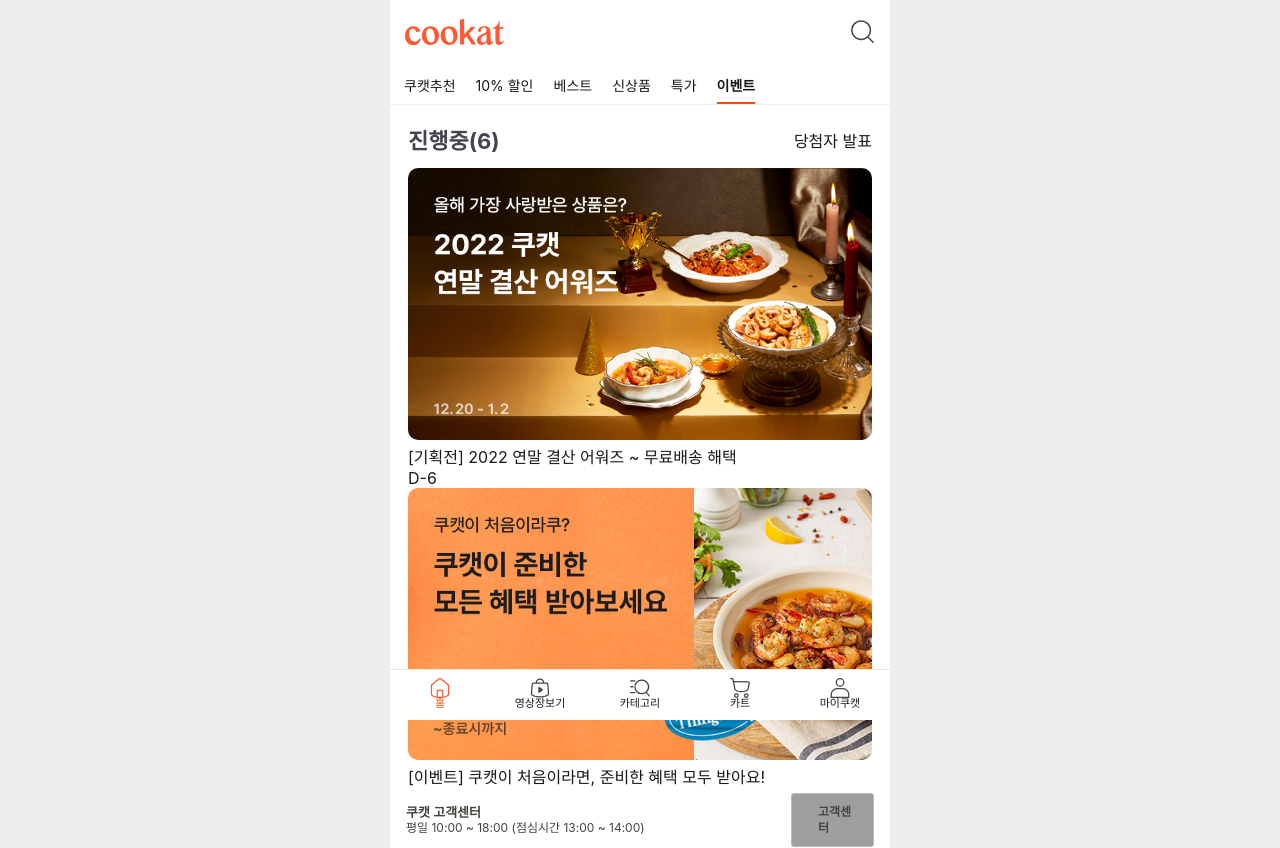
Repository: CooKat/Cookat
Page: event.html
These files come from the project's save history. The page is drawn as it stood at one moment and after the next save; the edit follows.
The browser window is 1280 px wide. The pictures show the part of the page from y = 0 to 848 px (the page is 1637 px tall before and 1645 px after).
Pictures or frames that could not be fetched are drawn as grey boxes. A picture or video elsewhere on the page could not be fetched, so the positions and the page height are approximate. Some web fonts or font styles are not loaded; a fallback is used.

Above is the page before, as saved 2022-12-27 20:47:26.
Not found: js/ex1.js

### event.html
<!DOCTYPE html>
<html lang="ko-KR">
  <head>
    <meta charset="UTF-8" />
    <meta http-equiv="X-UA-Compatible" content="IE=edge" />
    <meta name="viewport" content="width=device-width, initial-scale=1.0" />
    <link rel="shortcut icon" type="image/x-icon" href="./images/1.png" />
    <link
      rel="stylesheet"
      as="style"
      crossorigin
      href="https://cdn.jsdelivr.net/gh/orioncactus/pretendard@v1.3.6/dist/web/static/pretendard.css"
    />
    <link
      href="https://cdn.jsdelivr.net/npm/remixicon@2.5.0/fonts/remixicon.css"
      rel="stylesheet"
    />
    <link rel="stylesheet" href="https://cdn.jsdelivr.net/npm/swiper/swiper-bundle.min.css" />
    <link rel="stylesheet" href="./css/main.css" />
    <link rel="stylesheet" href="./css/event.css" />
    <title>쿠캣</title>
  </head>
  <body>
    <div class="container">

      <!-- 상단 메뉴바 -->
      <header class="header">
        <a href="/" class="logo"><img src="./images/logo-main.svg" alt="쿠캣마켓" /></a>
        <div class="menu swiper">
          <ul class="swiper-wrapper" role="menubar" aria-hidden="false">
            <li role="none" class="swiper-slide">
              <a role="menuitem" href="/">쿠캣추천</a>
            </li>
            <li class="swiper-slide" role="none"><a role="menuitem" href="/">10% 할인</a></li>
            <li class="swiper-slide" role="none">
              <a role="menuitem" href="./best.html">베스트</a>
            </li>
            <li class="swiper-slide" role="none"><a role="menuitem" href="/">신상품</a></li>
            <li class="swiper-slide" role="none">
              <a role="menuitem" href="./specialPrice.html">특가</a>
            </li>
            <li class="swiper-slide  active" role="none"><a role="menuitem" href="/">이벤트</a></li>
          </ul>
        </div>
        <button type="button" class="search">
          <img src="./images/ic-24-finder.svg" alt="검색 아이콘" />
        </button>
      </header>

      <main class="main">
        <section class="event">
          <!-- 진행중(6) 당첨자 발표 -->
          <div class="event-ing">
            <h2 class="event-ing-title">진행중(6)</h2>
            <p>당첨자 발표</p>
          </div>

          <!-- 행사 아이템들 -->
          <div class="item-list">
            <div class="item-list-item">
              <img src="./images/event1.jpg">
              <h2 class="item-list-title">[기획전] 2022 연말 결산 어워즈 ~ 무료배송 해택</h2>
              <span class="coupon">D-6</span>
            </div>
          </div>

          <div class="item-list">
            <div class="item-list-item">
              <img src="./images/event2.jpg">
              <h2 class="item-list-title">[이벤트] 쿠캣이 처음이라면, 준비한 혜택 모두 받아요!</h2>
            </div>
          </div>

        </section>

      </main>

      <!-- footer -->
      <footer class="footer">
        <div class="center-info-container">
          <h2 class="center-info">쿠캣 고객센터</h2>
          <span class="time-info"
            >평일 <time>10:00</time> ~ <time>18:00</time> (점심시간 <time>13:00</time> ~
            <time>14:00</time>)</span
          >

          <a href="tel:1668-3525" class="center-contact"> 고객센터</a>
        </div>
        <div class="business-info-container">
          <div class="business-info-title-container">
            <h2 class="business-info">(주) 쿠캣 사업자 정보</h2>
            <button class="business-info-toggle-btn">
              <img
                alt="addit-toggle-img"
                src="	https://crcf.cookatmarket.com/assets/mobile/img/using_guide/ic-16-close-bold.svg"
              />
            </button>
          </div>

          <ul class="business-info-list">
            <li class="business-info-item">
              <label for="representative">대표자</label><span id="representative">이문주</span>
            </li>
            <li class="business-info-item">
              <label for="address">주소</label>
              <address id="address">
                서울특별시 강남구 영동대로112길 36, 3층, 지하 1층 (삼성동, 오티씨타워)
              </address>
            </li>
            <li class="business-info-item">
              <label
                for="
              business-number"
                >사업자등록번호</label
              ><span id=" business-number">
                110-86-12995
                <a class="business-info-check" href="/">사업자정보 확인</a></span
              >
            </li>
            <li class="business-info-item">
              <label for="mail-order-number">통신판매업 신고번호</label
              ><span
                id="
              mail-order-number"
                >2018-서울강남-01681</span
              >
            </li>
            <li class="business-info-item">
              <div class="center-info-flexcontent-container">
                <label
                  for="
              service-center"
                  >고객센터</label
                >
                <div class="center-info-content-container">
                  <a
                    id="service-center"
                    href="tel:1668-3525
              "
                    >1668-3525
                  </a>
                  <span id="service-center"
                    >평일 <time>10:00</time> ~ <time>18:00</time> (점심시간 <time>13:00</time> ~
                    <time>14:00</time>) 주말 <time>10:00</time> ~ <time>13:00</time></span
                  >
                </div>
              </div>
            </li>
            <li class="business-info-item">
              <label for="marketing-email">마케팅 제휴문의</label
              ><span id="marketing-email">marketing@cookat.co</span>
            </li>
            <li class="business-info-item">
              <label
                for="
              goods-email"
                >상품 제휴문의</label
              ><span id=" goods-email">
                <span>product@cookat.co<br /></span
              ></span>
            </li>
            <li class="business-info-item">
              <label for="person-in-charge">개인정보보호 책임자</label
              ><span id="person-in-charge"> 주지석 (jiseok.joo@cookat.co)</span>
            </li>
          </ul>

          <small class="copyright"> Copyright © 쿠캣. All rights reserved.</small>
          <ul class="more-details-list">
            <li><a class="more-details" href="/">이용약관</a></li>
            <li>
              <a class="more-details" id="qkdcla" href="/">개인정보 처리방침</a>
            </li>
            <li><a class="more-details" href="/">공지사항</a></li>
          </ul>
        </div>

        <div class="additional-container">
          <a href="/">로그인</a>
          <a id="app-down" href="/"> APP다운</a>
        </div>
      </footer>

      <!-- 하단바 -->
      <nav class="fix-footer-menu">
        <ul>
          <li class="my-home on"><a href="/">홈</a></li>
          <li class="my-video"><a href="/">영상장보기</a></li>
          <li class="my-menu"><a href="/">카테고리</a></li>
          <li class="my-cart"><a href="/">카트</a></li>
          <li class="my-cookat"><a href="/">마이쿠캣</a></li>
        </ul>
      </nav>
    </div>

    <!-- Swiper JS -->
    <script src="https://cdn.jsdelivr.net/npm/swiper/swiper-bundle.min.js"></script>
    <!-- Initialize Swiper -->
    <script src="./js/ex1.js"></script>
    <script>
      var menu = new Swiper('.menu.swiper', {
        slidesPerView: 'auto',
        freeMode: true,
      });
    </script>
  </body>
</html>

### css/main.css
@import url(./normalize.css);
@import url(./reset.css);
@import url(./theme.css);

/* 숨김 콘텐츠 */
.a11y-hidden,
legend {
  position: absolute;
  width: 1px;
  height: 1px;
  overflow: hidden;
  clip-path: polygon(0 0, 0 0, 0 0);
}

/* 기본 스타일 */
*,
*::before,
*::after {
  box-sizing: border-box;
}

/* 링크 스타일 */
a {
  color: inherit;
  text-decoration: none;
}

/* 본문 스타일 */
body {
  font-size: 1rem;
  color: #191919;
  font-family: 'Pretendard Variable', Pretendard, -apple-system, BlinkMacSystemFont, system-ui,
    Roboto, 'Helvetica Neue', 'Segoe UI', 'Apple SD Gothic Neo', 'Noto Sans KR', 'Malgun Gothic',
    'Apple Color Emoji', 'Segoe UI Emoji', 'Segoe UI Symbol', sans-serif;
  background: #eee;
}

/* 이미지크기 */
img {
  max-width: 100%;
  height: auto;
}

.white * {
  color: var(--color-white);
}

.container {
  max-width: var(--max-width);
  margin: 0 auto 3.437rem auto;
  background: #fff;
}

/* 헤더 */
.header {
  position: relative;
  padding: var(--spacing-m) 0 0;
  margin-bottom: -1px;
}

.logo {
  display: inline-block;
  padding: 0 var(--spacing-m);
}

.menu {
  margin: var(--spacing-m) 0 0 0;
  overflow: hidden;
  border-bottom: 1px solid #eee;
  font-size: var(--text-sm);
  padding-left:var(--spacing-xxs);
}

.menu li {
  width: auto;
}

.menu li:nth-child(2) {
  color: var(--main-color);
}

.menu .active {
  font-weight: 600;
}

.menu .active::after {
  content: '';
  display: block;
  width: calc(100% - 20px);
  border-top: var(--spacing-sxxs) solid var(--color-deep-orange);
  margin: 0 auto;
}
.menu a {
  display: block;
  line-height: var(--spacing-xxl);
  padding: 0 var(--spacing-sm);
}

.menu a:focus {
  outline-offset: -2px;
}

.search {
  position: absolute;
  right: 0;
  top: 0;
  padding: var(--spacing-m);
  font-size: 2em;
  background: none;
  border: 0;
}

/* 메인배너 */

.visual .text-wrap {
  position: absolute;
  left: 3.125rem;
  top: 50%;
  transform: translateY(-50%);
  color: var(--color-black);
}

.visual .text-wrap p {
  font-size: var(--text-base);
  line-height: 1.6;
  margin-bottom: var(--spacing-l);
  font-weight: 500;
}

.visual .text-wrap h2 {
  font-size: var(--text-xxl);
  line-height: 1.2;
  margin-bottom: var(--spacing-l);
  font-weight: 700;
}

.visual .text-wrap span {
  font-size: var(--text-sm);
  font-weight: 200;
}

.visual .swiper-slide {
  font-size: 0;
}

.visual .swiper-button-next,
.visual .swiper-button-prev {
  color: #fff;
  background: rgba(0, 0, 0, 0.3);
  padding: var(--spacing-l) var(--spacing-xm);
  width: auto;
  height: auto;
  transform: translateY(-50%);
  display: none;
}
.visual:hover .swiper-button-next,
.visual:hover .swiper-button-prev {
  display: block;
}

.visual .swiper-button-next i,
.visual .swiper-button-prev i {
  font-size: var(--text-sm);
}

.visual .swiper-button-next {
  right: 0;
}

.visual .swiper-button-prev {
  left: 0;
}

.visual .swiper-pagination-fraction {
  left: auto;
  right: 0;
  bottom: 0;
  width: auto;
  padding: 0.31rem var(--spacing-xs);
  color: #fff;
  background: rgba(0, 0, 0, 0.3);
  font-size: var(--text-xxs);
}

/* 이미지형 카테고리 */

.img-menu-bar {
  padding: var(--spacing-sm) 0;
  border-bottom: 1px solid #eee;
}

.img-menu-bar .swiper {
  padding: 0 10px;
}

.img-menu-bar .img-wrap {
  margin-top: var(--spacing-xxs);
  padding-top:100%;
  background-size: 100%;
  background-repeat: no-repeat;
  background-position: top;
}

li:nth-child(1) .img-wrap {
  background-image: url(../images/cone_1670197609_1248.png);
}

li:nth-child(2) .img-wrap {
  background-image: url(../images/mego_1670837921_8955.png);
}

li:nth-child(3) .img-wrap {
  background-image: url(../images/cone_1670197609_1248.png);
}

li:nth-child(4) .img-wrap {
  background-image: url(../images/fave_1660854487_5770.png);
}

li:nth-child(5) .img-wrap {
  background-image: url(../images/cuno_1660854530_1620.png);
}

li:nth-child(6) .img-wrap {
  background-image: url(../images/lawu_1660854619_3559.png);
}

.img-menu-bar span {
  display: block;
  text-align: center;
  margin: var(--spacing-sm) 0;
  font-size: var(--text-xs);
}

/* 오른쪽 고정 배너 */
.fixed-advertise-container {
  position: fixed;
  width: 270px;
  height: 374px;
  top: 30%;
  left: 50%;
  transform: translate(300px, 0px);
}

.cookat-deliver-link img {
  height: 270px;
  position: absolute;
  top: 0;
  left: 0;
  right: 0;
}

/* 앱 QR 코드(선영) */
.qr-info {
  width: 16.875rem;
  height: 4.062rem;
  left: 0;
  bottom: 0px;
  position: absolute;
}

.qr-code {
  width: 3.875rem;
  height: 3.875rem;
  margin-right: var(--spacing-base);
}

.qr-text {
  width: 7.3125rem;
  height: 3.75rem;
}

/* 런칭 특가(선영) */
.launching-sale-container {
  position: relative;
  width: 100%;
  margin-bottom: 3.125rem;
}

.launching-sale-container h2 {
  margin-left: var(--spacing-xs);
  margin-bottom: var(--spacing-md);
}

.launching-menu-list {
  padding: 0 var(--spacing-lg) var(--spacing-xs);
}

.launching-food-link {
  position: relative;
}

.launching-food-link img {
  border-radius: var(--spacing-sm);
}

.launching-food-count {
  background-color: #ff5833;
  color: white;
  display: block;
  width: 100%;
  height: 1.75rem;
  font-size: var(--text-xxs);
  font-weight: 500;
  padding: var(--spacing-xs) 0 0 var(--spacing-xm);
  border-bottom-right-radius: var(--spacing-sm);
  border-bottom-left-radius: var(--spacing-sm);
  position: absolute;
  bottom: 6.625rem;
}

.launching-food-count em {
  font-weight: 700;
}

.launching-menu-text {
  padding-top: var(--spacing-sm);
}

.launching-content1 {
  font-size: var(--text-lg);
  font-weight: 700;
  line-height: 1.875rem;
  margin: 0 0 var(--spacing-sxxs);
}

.launching-content2 {
  display: block;
  font-size: var(--text-md);
  margin: 0 0 var(--spacing-xs);
  font-weight: 500;
  line-height: var(--text-lg);
}

.launching-content3 {
  font-size: var(--text-sm);
  font-weight: 500;
  line-height: var(--text-xs);
  opacity: 0.5;
}

.launching-food-price em {
  color: #ff5833;
  font-size: var(--text-lg);
  font-weight: 700;
  margin-right: var(--spacing-xxs);
}

.launching-food-price {
  font-size: var(--text-lg);
  font-weight: 700;
}

/* 상품영역 */

.prd-list {
  position: relative;
  padding: 0 var(--spacing-sm);
  color: var(--color-black);
}

.prd-list li {
  display: inline-block;
  font-size: 1.5rem;
  vertical-align: top;
}

.prd-list li:focus {
  outline-offset: 2px;
}

.product-title {
  font-size: var(--text-xl);
  font-weight: 700;
  margin: var(--spacing-xxl) 0 var(--spacing-xxs);
  padding: 0 var(--spacing-sm);
}

.prd-sub-text {
  color: #999;
  margin-bottom: var(--spacing-md);
  line-height: 1.4;
  padding: 0 var(--spacing-sm);
  font-size: var(--text-sm);
}

.prd-thumb {
  position: relative;
}

.prd-thumb a {
  display: block;
  font-size: 0;
}

.prd-thumb img {
  border-radius: 8px;
}

.prd-info {
  margin: var(--spacing-xm) 0;
  line-height: 1;
  font-size: 0;
}

.prd-info h2 {
  font-size: var(--text-sm);
  line-height: 1.2;
  margin-bottom: var(--spacing-sxxs);
}

.prd-info p,
.prd-info em {
  display: inline-block;
  font-weight: 700;
  font-size: var(--text-base);
  letter-spacing: -0.5px;
  margin-right: var(--spacing-xxs);
}

.prd-info .custom {
  font-size: var(--text-sm);
  font-weight: 300;
  color: #999;
  text-decoration: line-through;
  line-height: 1.4;
}

.prd-info .custom.block {
  display: block;
}

.prd-info .custom.in-block {
  display: inline-block;
}

.discount-rate {
  color: var(--color-deep-orange);
}

.cart-btn {
  position: absolute;
  right: 0;
  bottom: 0;
  background: none;
  border: 0;
  padding: 10px;
  font-size: 0;
}

.more {
  position: absolute;
  padding: var(--spacing-sm);
  font-size: var(--text-sm);
  font-weight: 400;
  right: 5px;
  top: -7px;
}

.more::after {
  content: '';
  margin-left: var(--spacing-xxs);
  padding-left: var(--spacing-md);
  background: url(../images/ic-16-next-fit.svg) no-repeat center/6px;
}

/* .prd-more {
} */

/* 영상장보기 */
.market {
  width: 100%;
  position: relative;
  background-color: #fff;
  max-height: 400px;
  margin: 0;
  margin-bottom: var(--spacing-lg);
}

.market-title{
  padding: 0 20px;
}

.video-slide {
  aspect-ratio: 1/1.56;
}

.video-slide a {
  display: block;
  height: 100%;
}

.video-slide img {
  object-fit: cover;
  border-radius: 7px;
  height: 100%;
}

.videoSwiper:last-child {
  margin: 0;
}

.video-slide::after {
  width: 188px;
  background-image: url(/images/shadow-tv.png);
  background-position: left bottom;
  background-repeat: repeat-x;
  background-size: 146px 63px;
  position: absolute;
  border-radius: 7px;
  bottom: 0;
  left: 0;
  width: 100%;
  height: 100%;
  content: '';
  z-index: 2;
}

.img-content {
  position: absolute;
  font-size: 12px;
  padding: 0 20px 0 15px;
  color: #fff;
  bottom: 11px;
  text-align: left;
  font-weight: 500;
  z-index: 4;
}

.market-plus {
  display: block;
  width: 61px;
  line-height: 26px;
  position: absolute;
  top: 23px;
  right: 18px;
  font-size: 14px;
  color: #46433f;
}

.market-plus::after {
  content: '';
  margin-left: var(--spacing-xxs);
  padding-left: var(--spacing-md);
  background: url(../images/ic-16-next-fit.svg) no-repeat center/6px;
}

/* 슬라이드 광고배너 (윤호)*/
.slide {
  width: 100%;
  margin-bottom: 30px;

}
.market .autoSwiper {
  display: block;
  position: relative;
}

.slide-banner {
  margin: 0 18px;
  border-radius: 10px;
}

.slide-wrapper {
  width: 40.5%;
  height: 100%;

}

.slide-img {
  margin-bottom: var(--spacing-lg);
}

.slide-img img {
  overflow: hidden;
  max-width: 100%;
  height: auto;
  border-radius: 10px;
}

/* 스와이프 점 */
.slide .swiper-pagination {
  size: 1px;
  position: absolute;
  display: block;
  text-align: left;
  margin-left: var(--spacing-l);
  bottom: var(--spacing-xl);
  color: #191919;
  height: auto;
  z-index: 100;
}

/* 선택된 점 */
.swiper .swiper-pagination-bullet {
  background-color: rgb(237, 237, 237);
  width: 7px;
  height: 7px;
  margin: 0 3px;
}

/*@@@@@@@@@ 슬로건 @@@@@@@@@@@@@@@ */
.slogan {
  display: block;
  margin: 20px 0;
}



/* 슬라이드 상품 */

.slide-prd {
  padding: 20px 0;
}

.slide-prd .swiper {
  padding: 0 10px;
}

.slide-prd .product-title {
  padding: 0 20px;
}

/* 타임세일 */

.time-prd .product-title::before {
  content: '';
  display: inline-block;
  background: url(../images/ic-16-clock-orange-full.svg) no-repeat center;
  width: 20px;
  height: 20px;
  vertical-align: middle;
  margin-right: 8px;
}

/* 상품 진열 단수 */
[class*='grid'] {
  display: grid;
  grid-template-rows: auto;
  gap: var(--spacing-md);
  margin: var(--spacing-sm) var(--spacing-xs);
}

.grid1 {
  grid-template-columns: 1fr;
}

.grid2 {
  grid-template-columns: repeat(2, 1fr);
}

.grid3 {
  grid-template-columns: repeat(3, 1fr);
}

/* 하단 고정 메뉴*/

.fix-footer-menu {
  width: 100%;
  max-width: 500px;
  background: var(--color-white);
  border-top: 1px solid var(--color-border);
  position: fixed;
  bottom: 0;
  z-index: 999;
}

.fix-footer-menu ul {
  display: grid;
  grid-template-columns: repeat(5, 1fr);
  grid-template-rows: auto;
  text-align: center;
  font-size: var(--text-sxxs);
}

.fix-footer-menu a {
  display: block;
  padding: var(--spacing-xl) 0 var(--spacing-sm);
  background-repeat: no-repeat;
  background-position: center 8px;
  background-size: 20px;
}

.fix-footer-menu .on a,
.fix-footer-menu a:hover {
  color: var(--color-deep-orange);
}

.my-home a {
  background-image: url(../images/ic-24-home.svg);
}

.my-home.on a,
.my-home a:hover {
  background-image: url(../images/ic-orange-home.svg);
}

.my-video a {
  background-image: url(../images/ic-black-tabbar-tv-new.svg);
}

.my-video.on a,
.my-video a:hover {
  background-image: url(../images/ic-orange-tabbar-tv-new.svg);
}

.my-menu a {
  background-image: url(../images/ic-black-category.svg);
}

.my-menu.on a,
.my-menu a:hover {
  background-image: url(../images/ic-orange-category-new.svg);
}

.my-cart a {
  background-image: url(../images/ic-black-cart.svg);
}

.my-cart.on a,
.my-cart a:hover {
  background-image: url(../images/ic-orange-cart.svg);
}

.my-cookat a {
  background-image: url(../images/ic-24-mycookat-black.svg);
}

.my-cookat.on a,
.my-cookat a:hover {
  background-image: url(../images/ic-orange-mycookat.svg);
}
.footer {
  margin: 0 auto;
  color: #46433f;
  font-size: 12px;
  font-weight: 300px;
  margin-top: 100px;
}
a {
  text-decoration: none;
}
/* 버튼 스타일 제거 */
button {
  -webkit-appearance: none;
  -moz-appearance: none;
  appearance: none;
  background-color: transparent;
}

.footer {
  margin-top: 0;
}

/* h2 폰트 사이즈 스타일 */
.footer h2 {
  font-size: 13px;
}
.center-info {
  font-weight: 600;
}

/* 푸터 상단 스타일 */
.center-info-container {
  padding: 16px;
  position: relative;
  line-height: 16px;
}

.business-info-toggle-btn {
  border: none;
}
.business-info-toggle-btn img {
  border: none;
}

.center-contact {
  color: #46433f;
  font-weight: bold;
  position: absolute;
  top: 50%;
  right: 16px;
  width: 83px;
  padding: 10px 13px 10px 26px;
  transform: translateY(-50%);
  border: 1px solid #bbb8b5;
  border-radius: 3px;
  background: url(https://crcf.cookatmarket.com/assets/mobile/img/using_guide/ic-call-black.svg)
    no-repeat;
  background-position: 16% 50%;
}

/* 푸터 중단 스타일 */
.business-info-container {
  padding: 16px;
  background-color: #f9f9f9;
}
.business-info-title-container {
  padding: 12px 0;
  display: flex;
  align-items: center;
  border-bottom: 1px solid #bbb8b5;
  position: relative;
}

.business-info-list {
  margin-top: 12px;
  line-height: 2.3em;
}
.business-info-item label {
  color: #bbb8b5;
  margin-right: 7px;
}
.business-info-item address {
  display: inline-block;
}
.business-info-check {
  color: red;
  margin-left: 5px;
}
.business-info {
  font-weight: 600;
}
.center-info-flexcontent-container {
  display: flex;
}
.center-info-content-container {
  display: flex;
  flex-flow: row wrap;
  width: 50%;
  line-height: 1.5em;
  padding-top: 2px;
}
.center-info-content-container a {
  font-weight: bold;
  text-decoration: underline;
  color: #5b5752;
}

.copyright {
  color: #bbb8b5;
  margin-top: 12px;
  font-size: 13px;
  display: inline-block;
}

.more-details-list {
  display: flex;
  margin-top: 16px;
}
.more-details-list li {
  margin-right: 5px;
  font-size: 13px;
  padding: 0 10px;
}

.more-details {
  color: #8e8e8e;
}
#qkdcla {
  border-left: 1px solid #8e8e8e;
  border-right: 1px solid #8e8e8e;
  color: #46433f;
  padding: 0 15px;
}

.additional-container {
  align-items: center;
  text-align: center;
  padding: 25px 0;
  border-bottom: 1px solid #cdcdcd;
  margin-bottom: 60px;
}
.additional-container a {
  border: none;
  font-size: 14px;
  display: inline-block;
  width: 49%;
  color: #46433f;
}

#app-down {
  border-left: 1px solid #8e8e8e;
}

@media (min-width: 320px) {
}

### css/event.css
main{
  padding: 0 18px;
}
.event{

}

.event-ing{
  display: flex;
  flex-flow: row nowrap;
  justify-content: space-between;
  margin-top: 24px;
  margin-bottom: var(--spacing-md);
}

.event-ing-title{
  font-size: var(--text-xl);
  line-height: var(--text-xxl);
  color: var(--color-black);
  font-weight: 700;
}

.item-list{

}

.item-list-item{

}

.item-list-item img{
  border-radius: 10px;
}

.item-list-title{

}

### css/theme.css
:root {
  /* 수식 단축키 art+shift+M */
  --color-white: #ffffff;
  --color-blank: #f9f9f9;
  --color-cement: #9d9995;
  --color-placeholder: #bbb8b5;
  --color-deep-orange: #eb5500;
  --color-border: #e9e8e2;
  --color-success: #579bdb;
  --color-black: #46434f;
  --color-gray: #9d999d;
  --color-greyish-brown: #5b5752;

  --spacing-sxxs: 0.125rem; /* 2px */
  --spacing-xxs: 0.25rem; /* 4px */
  --spacing-xs: 0.5rem; /* 8px */
  --spacing-sm: 0.625rem; /* 10px */
  --spacing-xm: 0.75rem; /* 12px */
  --spacing-md: 0.875rem; /* 14px */
  --spacing-m: 0.937rem; /* 15px */
  --spacing-base: 1rem; /* 16px */
  --spacing-lg: 1.125rem; /* 18px */
  --spacing-l: 1.25rem; /* 20px */
  --spacing-xl: 1.5rem; /* 24px */
  --spacing-xxl: 2rem; /* 32px */
  --spacing-xxxl: 2.5rem; /* 40px */

  --text-sxxs: 0.6875rem; /* 11px */
  --text-xxs: 0.75rem; /* 12px */
  --text-xs: 0.8125rem; /* 13px */
  --text-sm: 0.875rem; /* 14px */
  --text-md: 0.9375rem; /* 15px */
  --text-base: 1rem; /* 16px */
  --text-lg: 1.125rem; /* 18px */
  --text-xl: 1.375rem; /* 22px */
  --text-xxl: 1.625rem; /* 26px */

  --swiper-navigation-size: 1.125rem; /* 18px */

  --max-width: 31.25rem; /* 500px */
}

Loaded but not shown: css/normalize.css (library); css/reset.css (common file)

After the next save:
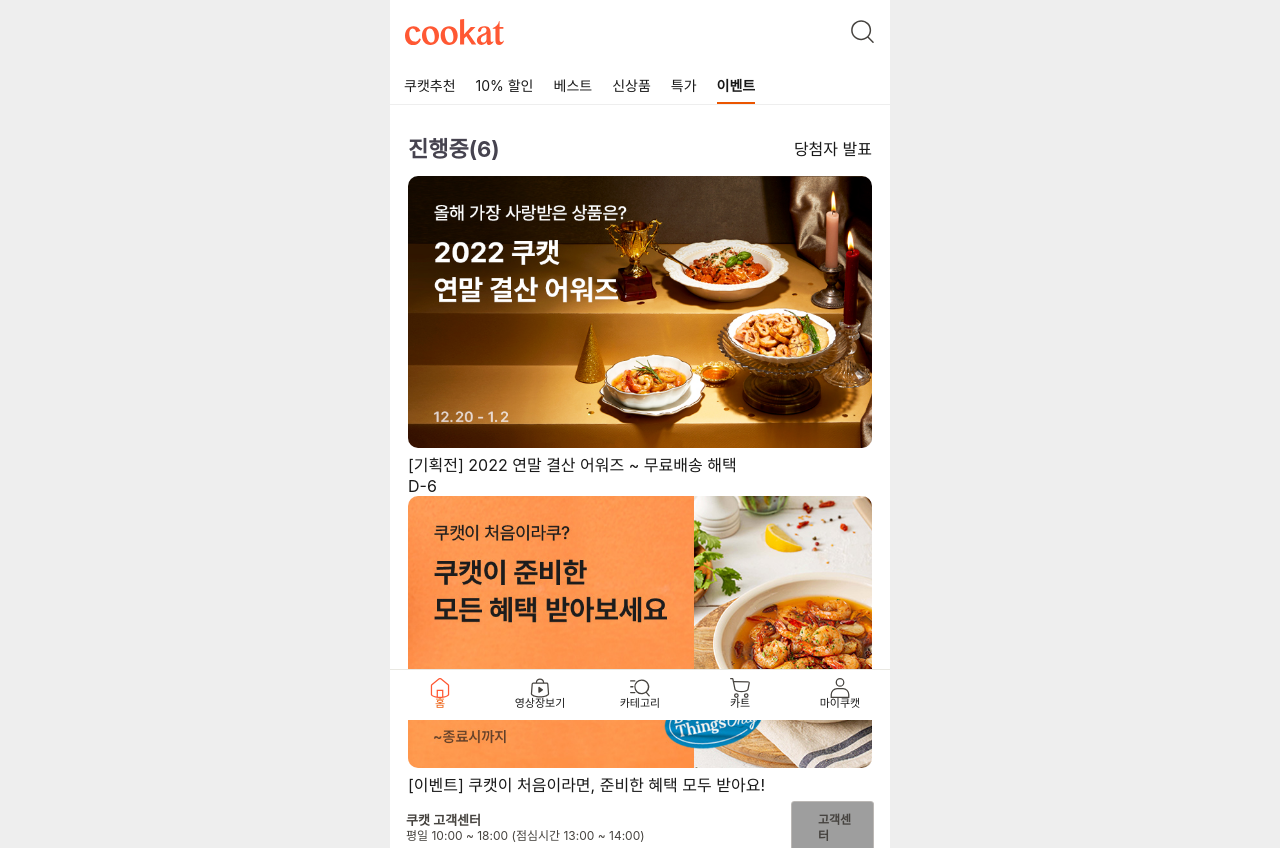
Saved 14 s later.
--- a/css/event.css
+++ b/css/event.css
@@ -9,7 +9,7 @@
   display: flex;
   flex-flow: row nowrap;
   justify-content: space-between;
-  margin-top: 24px;
+  margin-top: var(--spacing-xxl);
   margin-bottom: var(--spacing-md);
 }
 
